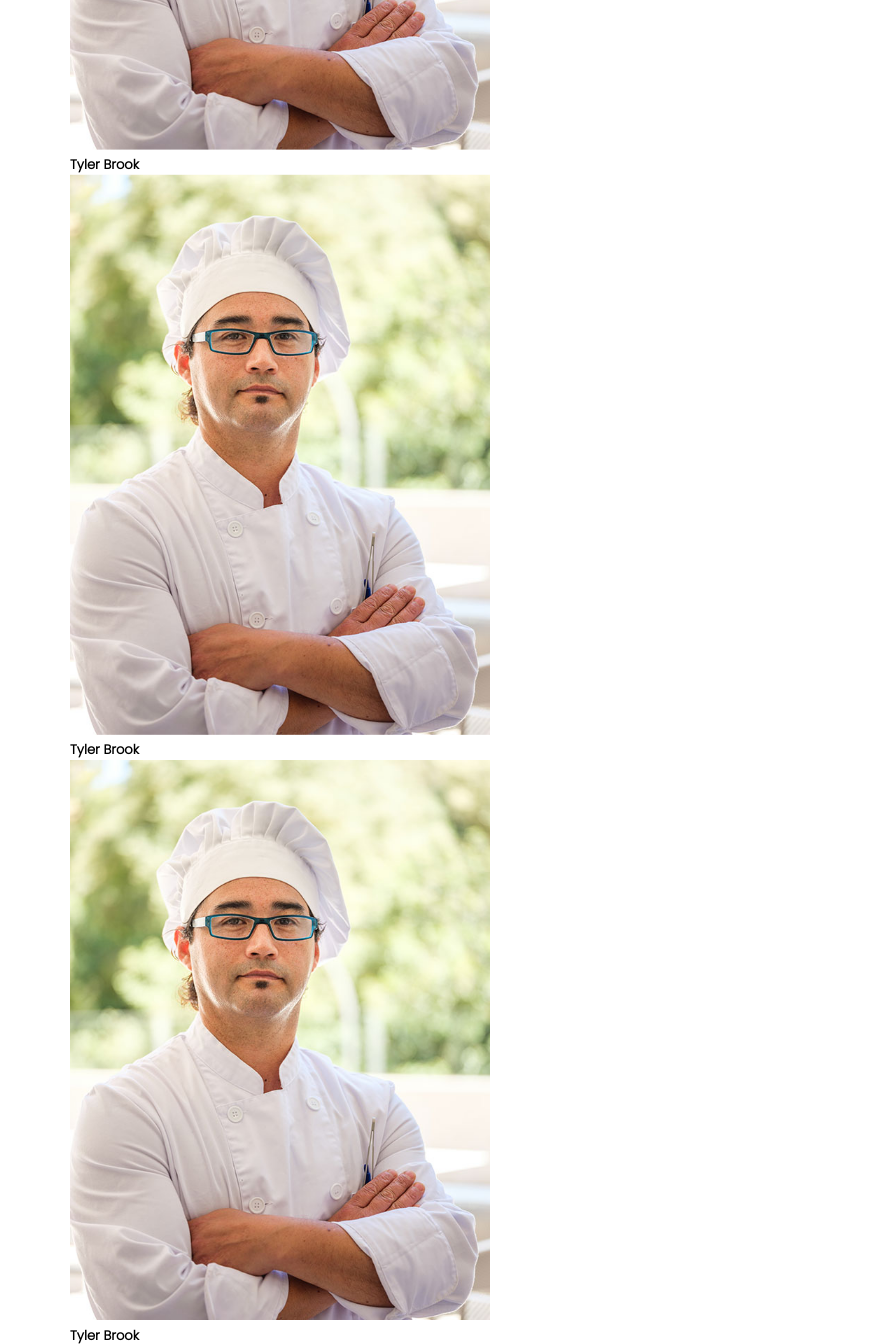
Repository: Adriandias1997/MobileFriendly_FoodWebsite
Page: index.html
The author's editor kept a copy of each file at every save. The page is drawn from the files as they stood at one save, then again after the next save.
The browser window is 1280 px wide. The pictures show the part of the page from y = 3714 to 5634 px (the page is 5736 px tall), at 70% of full size.

Above is the page before, as saved 2020-10-16 16:57:51.

### index.html
<!DOCTYPE html>
<html lang="en">

<head>
    <meta charset="UTF-8">
    <meta name="viewport" content="width=device-width, initial-scale=1.0">
    <title>Food</title>
    <link rel="stylesheet" href="style.css">
</head>

<body>
    <header>
        <a href="#" class="logo">Food <span>Corner</span></a>
        <ul class="navigation">
            <li><a href="#banner">Home</a></li>
            <li><a href="#about">About Us</a></li>
            <li><a href="#menu">Menu</a></li>
            <li><a href="#expert">Expert</a></li>
            <li><a href="#testimonials">Testimonials</a></li>
            <li><a href="#contact">Contact</a></li>
        </ul>

    </header>
    <section class="banner" id="banner">
        <div class="content">
            <h2>Always choose Good</h2>
            <p>Lorem ipsum dolor sit amet consectetur adipisicing elit. Ipsam delectus nisi hic deserunt at, ex harum sit. Quos quaerat ut expedita velit. Commodi accusamus non debitis error sint at perspiciatis.</p>

            <a href="#" class="btn">Our Menu</a>
        </div>
    </section>

    <section class="about" id="about">
        <div class="row">
            <div class="col50">
                <h2 class="titleText"><span>A</span>bout Us</h2>
                <p>Lorem ipsum dolor sit amet consectetur adipisicing elit. Dolorum vero quam, at fuga facilis maiores consequatur! Quibusdam possimus debitis sed alias, provident fuga voluptatem, tempora eligendi aliquid quaerat laudantium repellat. Lorem
                    ipsum dolor sit amet consectetur adipisicing elit. Dolorum vero quam, at fuga facilis maiores consequatur! Quibusdam possimus debitis sed alias, provident fuga voluptatem, tempora eligendi aliquid quaerat laudantium repellat. Lorem
                    ipsum dolor sit amet consectetur adipisicing elit. Dolorum vero quam, at fuga facilis maiores consequatur! Quibusdam possimus debitis sed alias, provident fuga voluptatem, tempora eligendi aliquid quaerat laudantium repellat.
                </p>
            </div>
            <div class="col50">
                <div class="imgBx">
                    <img src="./Images/img1.jpg" alt="">
                </div>
            </div>
        </div>
    </section>

    <section class="menu" id="menu">
        <div class="title">
            <h2 class="titleText">Our <span>M</span>enu</h2>
            <p>Lorem ipsum dolor sit amet consectetur adipisicing elit.
            </p>
        </div>
        <div class="content">
            <div class="box">
                <div class="imgBx">
                    <img src="Images/menu1.jpg" alt="">
                </div>
                <div class="text">
                    <h3>Special Salads</h3>
                </div>
            </div>
            <div class="box">
                <div class="imgBx">
                    <img src="Images/menu2.jpg" alt="">
                </div>
                <div class="text">
                    <h3>Special Soups</h3>
                </div>
            </div>
            <div class="box">
                <div class="imgBx">
                    <img src="Images/menu3.jpg" alt="">
                </div>
                <div class="text">
                    <h3>Special Pasta</h3>
                </div>
            </div>
            <div class="box">
                <div class="imgBx">
                    <img src="Images/menu4.jpg" alt="">
                </div>
                <div class="text">
                    <h3>Special Salads</h3>
                </div>
            </div>
            <div class="box">
                <div class="imgBx">
                    <img src="Images/menu5.jpg" alt="">
                </div>
                <div class="text">
                    <h3>Special Soups</h3>
                </div>
            </div>
            <div class="box">
                <div class="imgBx">
                    <img src="Images/menu6.jpg" alt="">
                </div>
                <div class="text">
                    <h3>Special Salads</h3>
                </div>
            </div>
        </div>
        <div class="title">
            <a href="#" class="btn">
                View All
            </a>
        </div>
    </section>
    <section class="expert" id="expert">
        <div class="title">
            <h2 class="titleText">Our Kitchen <span>E</span>xpert</h2>
            <p>Lorem ipsum dolor sit amet consectetur adipisicing elit.
            </p>
        </div>
        <div class="content">
            <div class="box">
                <div class="imgBx">
                    <img src="Images/expert1.jpg" alt="">
                </div>
                <div class="text">
                    <h3>Tyler Brook</h3>
                </div>
            </div>
            <div class="box">
                <div class="imgBx">
                    <img src="Images/expert1.jpg" alt="">
                </div>
                <div class="text">
                    <h3>Tyler Brook</h3>
                </div>
            </div>
            <div class="box">
                <div class="imgBx">
                    <img src="Images/expert1.jpg" alt="">
                </div>
                <div class="text">
                    <h3>Tyler Brook</h3>
                </div>
            </div>
        </div>
    </section>
    <script src="index.js"></script>
</body>

</html>

### style.css
@import url("https://fonts.googleapis.com/css2?family=Poppins:wght@300&display=swap");
* {
    margin: 0;
    padding: 0;
    box-sizing: border-box;
    font-family: "Poppins", sans-serif;
    scroll-behavior: smooth;
}

p {
    font-weight: 300;
    color: #111;
}


/* body {
    min-height: 1000px;
} */

.banner {
    position: relative;
    width: 100%;
    min-height: 100vh;
    display: flex;
    justify-content: center;
    align-items: center;
    background: url(./Images/bg.jpg);
    background-size: cover;
}

.banner .content {
    max-width: 900px;
    text-align: center;
}

.banner .content h2 {
    font-size: 5em;
    color: #fff;
}

.banner .content p {
    font-size: 1em;
    color: #fff;
}

.btn {
    font-size: 1em;
    color: #fff;
    background: #ff0157;
    display: inline-block;
    padding: 10px 30px;
    text-transform: uppercase;
    text-decoration: none;
    letter-spacing: 2px;
    transition: 0.5s;
}

.btn:hover {
    background-color: #fff;
    color: #ff0157;
    letter-spacing: 6px;
}

header {
    position: fixed;
    top: 0;
    left: 0;
    width: 100%;
    padding: 40px 100px;
    z-index: 10000;
    display: flex;
    justify-content: space-between;
    align-items: center;
    transition: 0.5s;
}

header.sticky {
    background: #fff;
    padding: 10px 100px;
    box-shadow: 0 5px 20px rgba(0, 0, 0, 0.05);
}

header .logo {
    color: #fff;
    font-weight: 700;
    text-decoration: none;
    font-size: 2em;
}

header.sticky .logo {
    color: #111;
}

header .logo span {
    color: #ff0157;
}

header .navigation {
    position: relative;
    display: flex;
}

header .navigation li {
    list-style: none;
    margin-left: 30px;
}

header .navigation li a {
    text-decoration: none;
    color: #fff;
    font-weight: 300;
}

header.sticky .navigation li a {
    color: #111;
    font-weight: 300;
}

header .navigation li a:hover {
    color: #ff0157;
}

section {
    padding: 100px;
}

.row {
    position: relative;
    width: 100%;
    display: flex;
    justify-content: space-between;
}

.row .col50 {
    position: relative;
    width: 48%;
}

.titleText {
    color: #111;
    font-size: 2em;
    font-weight: 400;
}

.titleText span {
    color: #ff0157;
    font-size: 1.5em;
    font-weight: 700;
}

.row .col50 .imgBx {
    position: relative;
    width: 100%;
    height: 100%;
    /* min-height: 300px; */
}

.row .col50 .imgBx img {
    position: relative;
    top: 0;
    left: 0;
    width: 100%;
    height: 100%;
    object-fit: cover;
}

.title {
    width: 100%;
    display: flex;
    justify-content: center;
    align-items: center;
    flex-direction: column;
}

.menu .content {
    display: flex;
    justify-content: center;
    flex-direction: row-reverse;
    flex-wrap: wrap;
    margin-top: 40px;
}

.menu .content .box {
    width: 340px;
    margin: 20px;
    border: 15px solid #fff;
    box-shadow: 0 5px 20px rgba(0, 0, 0, 0.08);
}

.menu .content .box .imgBx {
    position: relative;
    width: 100%;
    height: 300px;
}

.menu .content .box .imgBx img {
    position: absolute;
    top: 0;
    left: 0;
    width: 100%;
    height: 100%;
    object-fit: cover;
}

.menu .content .box .text {
    padding: 15px 0 5px;
}

.menu .content .box .text h3 {
    font-weight: 400;
    color: #111;
}

### index.js
window.addEventListener('scroll', function() {
    const header = document.querySelector('header');
    header.classList.toggle('sticky', window.scrollY > 0);
});

After the next save:
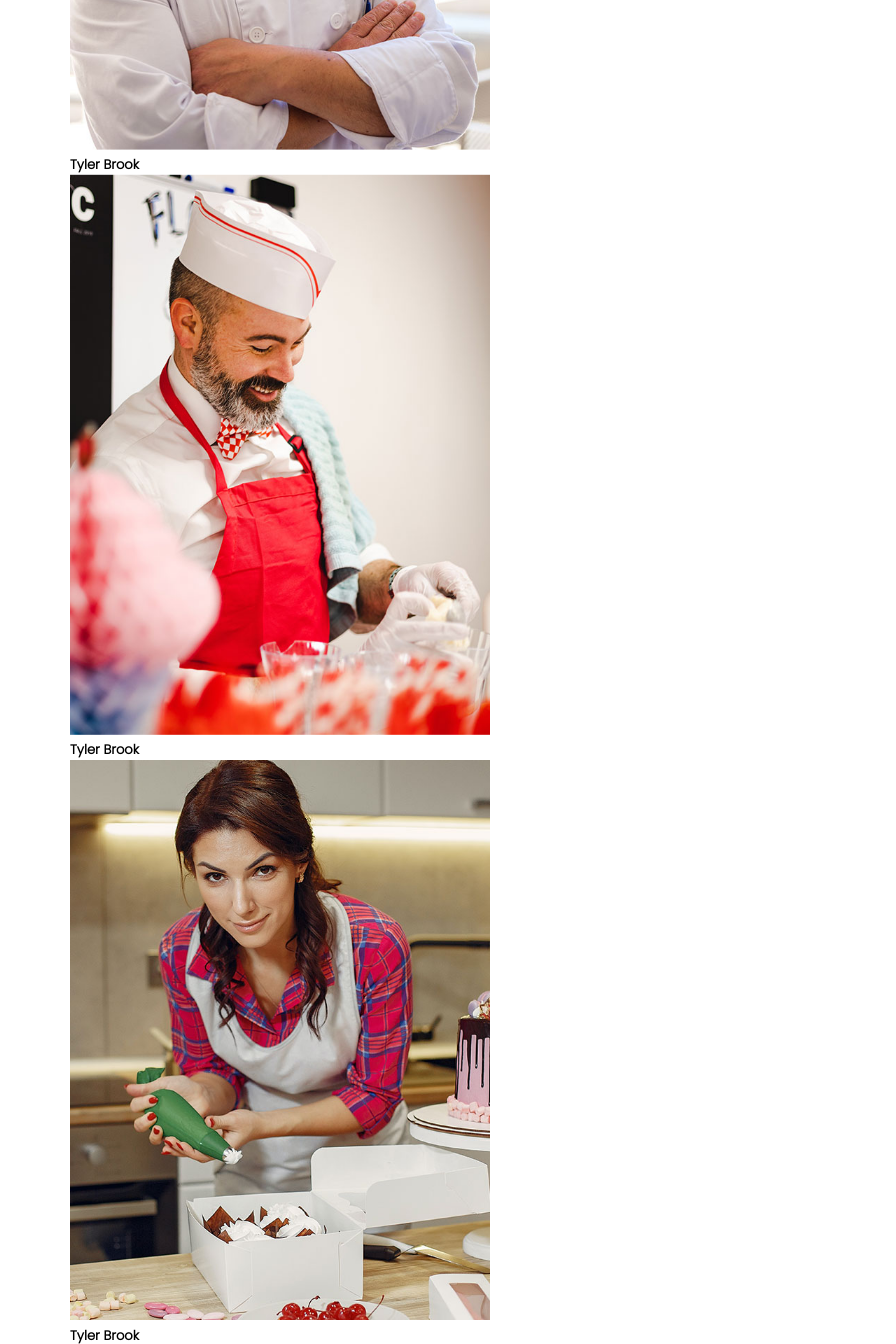
Saved 7 s later.
--- a/index.html
+++ b/index.html
@@ -126,7 +126,7 @@
             </div>
             <div class="box">
                 <div class="imgBx">
-                    <img src="Images/expert1.jpg" alt="">
+                    <img src="Images/expert2.jpg" alt="">
                 </div>
                 <div class="text">
                     <h3>Tyler Brook</h3>
@@ -134,7 +134,7 @@
             </div>
             <div class="box">
                 <div class="imgBx">
-                    <img src="Images/expert1.jpg" alt="">
+                    <img src="Images/expert3.jpg" alt="">
                 </div>
                 <div class="text">
                     <h3>Tyler Brook</h3>
